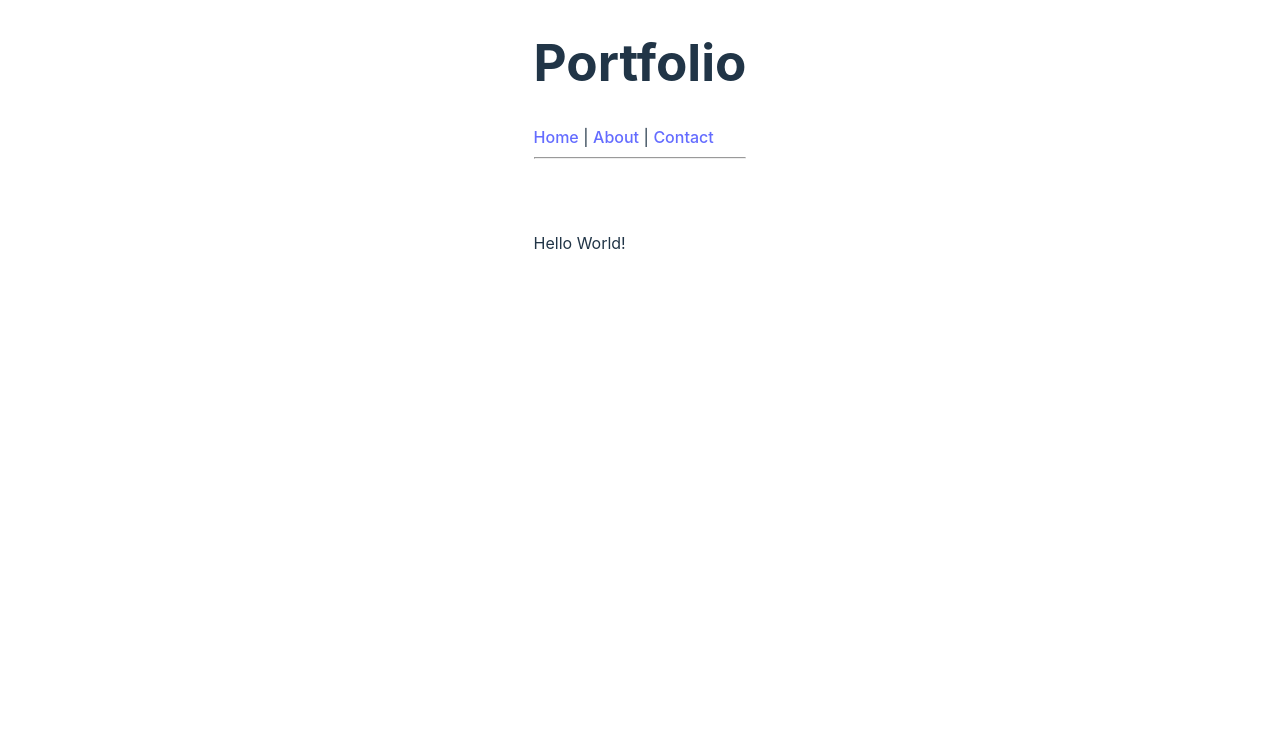
Repository: Viditv68/VIditRawat_Portfolio.github.io
Page: / (app in client/)
The author's editor kept a copy of each file at every save. The page is drawn from the files as they stood at one save, then again after the next save.
The browser window is 1280 px wide. The pictures show the whole page.
The project was rebuilt for these pictures with package versions that can differ from the ones it lists, and the page was loaded fresh each time. Also part of the build but not shown: client/vite.config.js, client/src/about.jsx, client/src/contact.jsx.

Above is the page before, as saved 2023-12-16 11:21:04.

After the next save:
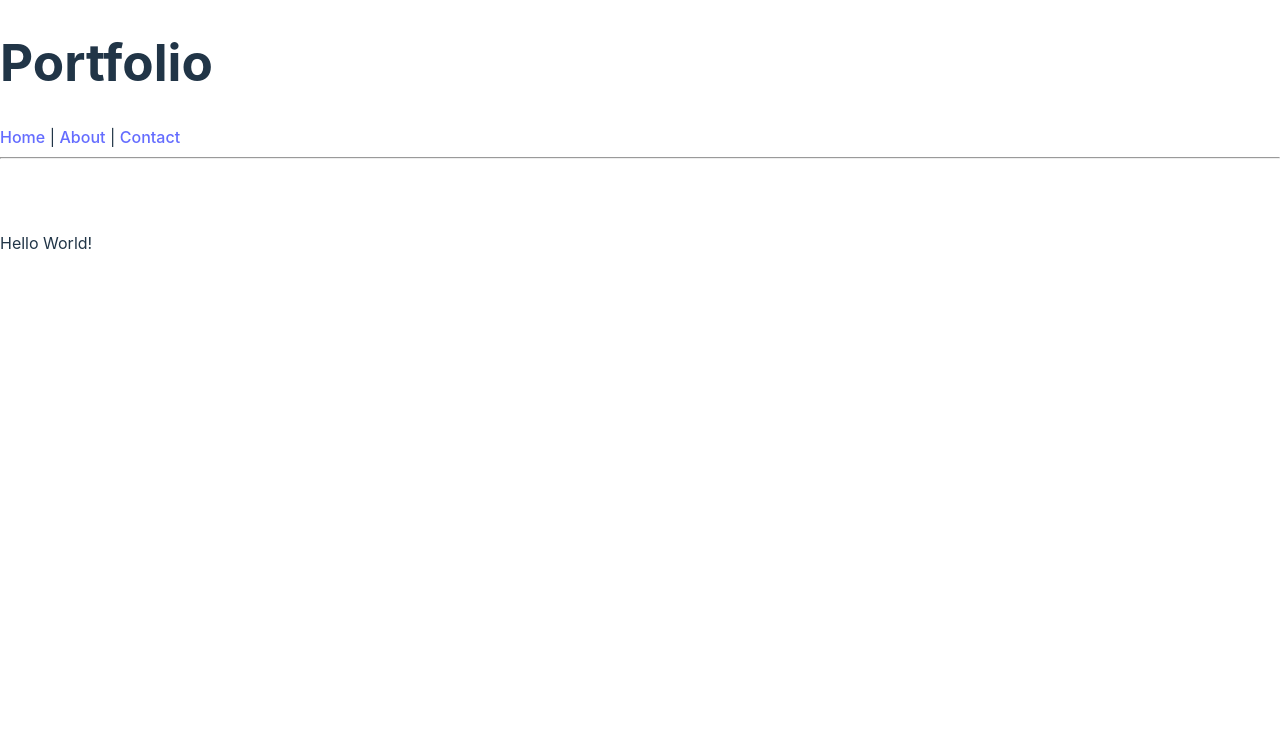
Saved 22 s later.
--- a/client/src/index.css
+++ b/client/src/index.css
@@ -25,7 +25,7 @@
 body {
   margin: 0;
 
-  place-items: center;
+
   min-width: 320px;
   min-height: 100vh;
 }

After the save that followed:
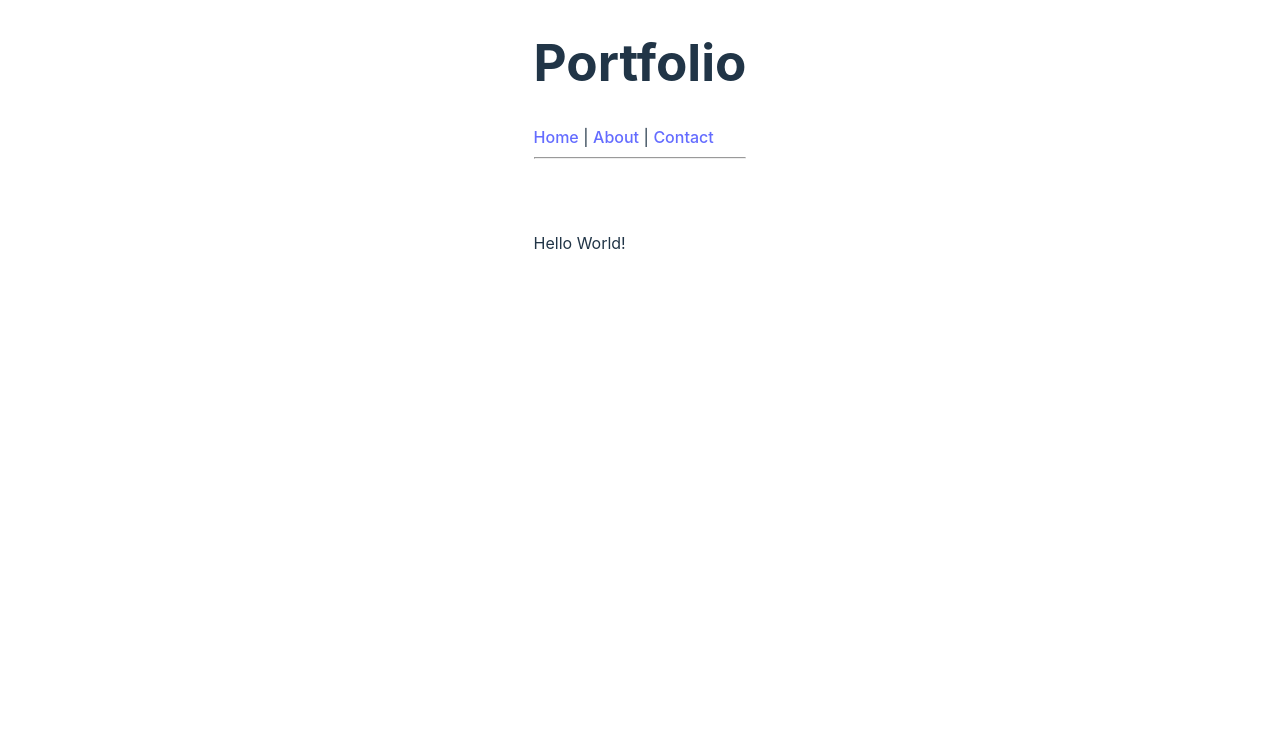
Saved 9 s later.
--- a/client/src/index.css
+++ b/client/src/index.css
@@ -25,7 +25,7 @@
 body {
   margin: 0;
 
-
+  place-items: center;
   min-width: 320px;
   min-height: 100vh;
 }
